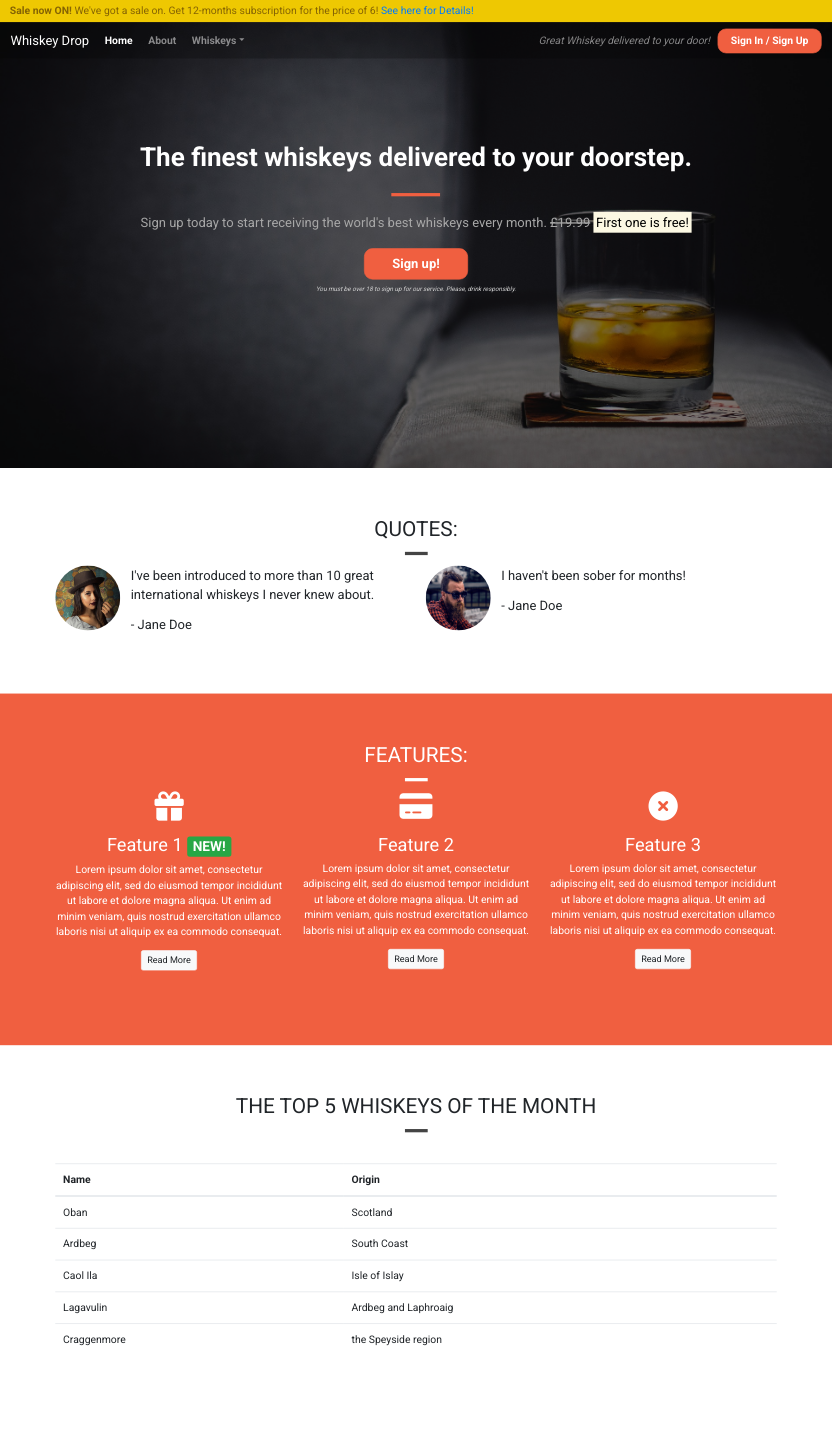
Repository: hidayatmansuri/BootStrap
Page: index.html
The author's editor kept a record of every edit. The page is drawn from the files as they stood at one moment, then again after the next edit.
The browser window is 1280 px wide. The pictures show the whole page, at 65% of full size.
Backgrounds fixed to the window are drawn as part of the page. Some web libraries are served in a nearby version.

Above is the page before.

### index.html
<!DOCTYPE html>
<html lang="en-us">

<head>
    <meta charset="utf-8">
    <meta name="viewport" content="width=device-width, initial-scale=1.0">
    <meta http-equiv="X-UA-Compatible" content="ie=edge">
    <title>Whiskey Drop | Taste a new whiskey every month</title>
    <link rel="stylesheet" href="https://maxcdn.bootstrapcdn.com/bootstrap/4.1.3/css/bootstrap.min.css">
    <script src="https://kit.fontawesome.com/011e87d520.js"></script>
    <link href="https://fonts.googleapis.com/css?family=Roboto:400,700&display=swap" rel="stylesheet">
    <link rel="stylesheet" href="css/style.css" type="text/css" />
</head>

<body>
    <div class="container-fluid navalert-container">
        <div class="container-fluid alert-container">
            <div class="row d-none d-sm-block">
                <div class="col-12">
                    <div class="site-wide-alert aler alert-warning">
                        <strong>Sale now ON!</strong> We've got a sale on. Get 12-months subscription for the price of 6! <a href="">See here for Details!</a>
                    </div>
                </div>
            </div>
        </div>
        <nav class="navbar navbar-dark navbar-expand-sm">
            <a href="/" class="navbar-brand"> Whiskey Drop</a>
            <button class="navbar-toggler ml-auto" type="button" data-toggle="collapse" data-target="#navbarNavDropdown" aria-controls="navbarNavDropdown" aria-expanded="false" aria-label="Toggle navigation">
        <span class="navbar-toggler-icon"></span></button>
            <div class="collapse navbar-collapse" id="navbarNavDropdown">
                <ul class="navbar-nav mr-auto">
                    <li class="active nav-item mr-2"><a class="nav-link" href="/">Home</a></li>
                    <li class="nav-item mr-2"><a class="nav-link" href="/ about">About</a></li>
                    <li class="nav-item dropdown">
                        <a class="nav-link dropdown-toggle" href="#" id="navbarDropdownMenuLink" role="button" data-toggle="dropdown" aria-haspopup="true" aria-expanded="false">Whiskeys</a>
                        <div class="dropdown-menu" aria-labelledby="navbarDropdownMenuLink">
                            <a class="dropdown-item" href="#">Irish</a>
                            <a class="dropdown-item" href="#">Scotch</a>
                            <a class="dropdown-item" href="#">Japanese</a>
                            <a class="dropdown-item" href="#">American</a>
                        </div>
                    </li>
                    <li class="nav-item mr-2 d-block d-sm-none">
                        <a class="nav-link " href="/ login">Sign In / Sign Up</a></li>
                </ul>
            </div>
            <div class="d-none d-md-block">
                <p class="navbar-text my-auto mr-2"><i>Great Whiskey delivered to your door!</i></p>
                <a href="/login" class="btn btn--cta btn--red"> Sign In / Sign Up</a>
            </div>
        </nav>
    </div>

    <!-- Callout -->
    <div class="container-fluid callout-container">
        <div class="opaque-overlay">&nbsp</div>
        <div class="row ">
            <div class="col-12">
                <section class="callout jumbotron text-center">
                    <h1 class="jumbotron-header">The finest whiskeys delivered to your doorstep.</h1>
                    <hr class="block-divider block-divider--orange">
                    <p class="lead">Sign up today to start receiving the world's best whiskeys every month.
                        <s class="d-none d-sm-inline">£19.99</s>
                        <span class="d-inline d-sm-none"><br></span>
                        <strong><mark>First one is free!</mark></strong></p>
                    <button class="btn btn-lg btn--cta btn--red" data-toggle="modal" data-target="#signUpModal">Sign up!</button>
                    <p class="text-muted"><small>You must be over 18 to sign up for our service. Please, drink responsibly.</small></p>
                </section>
            </div>
        </div>
    </div>
    <!-- /.callout -->


    <!-- Quotes -->
    <div class="container-wrapper">
        <div class="container quotes-container content-container">
            <section class="quotes">
                <div class="row">
                    <div class="col-12 page-header">
                        <h2 class="text-uppercase">Quotes:</h2>
                        <hr class="block-divider block-divider--short">
                    </div>
                </div>
                <div class="row">
                    <div class="col-12 col-md-6">
                        <div class="media">
                            <div class="d-none d-sm-block">
                                <img src="images/girl-image.png" class="rounded-circle mr-3" height=100 width=100>
                            </div>
                            <div class="media-body">
                                <blockquote class="blockquote">
                                    <p>I've been introduced to more than 10 great international whiskeys I never knew about.</p>
                                    <p>- Jane Doe</p>
                                </blockquote>
                            </div>
                        </div>
                    </div>
                    <div class="col-12 col-md-6">
                        <div class="media">
                            <div class="d-none d-sm-block">
                                <img src="images/guy-image.png" class="rounded-circle mr-3" height=100 width=100>
                            </div>
                            <div class="media-body">
                                <blockquote class="blockquote">
                                    <p>I haven't been sober for months!</p>
                                    <p>- Jane Doe</p>
                                </blockquote>
                            </div>
                        </div>
                    </div>
                </div>
            </section>
            <!-- /.quotes -->
        </div>
    </div>
    <!-- Features -->
    <div class="containr-wrapper container-wrapper--red">
        <div class="container feature-container content-container">
            <section class="features">
                <div class="row">
                    <div class="col-12 page-header">
                        <h2 class="text-uppercase">Features:</h2>
                        <hr class="block-divider block-divider--short block-divider--white">
                    </div>
                </div>
                <div class="row">
                    <div class="col-12 col-md-6 col-lg-4">
                        <div class="feature">
                            <h3><i class="fas fa-gift d-none d-sm-block"></i> Feature 1 <span class="badge badge-success">NEW!</span></h3>
                            <p>Lorem ipsum dolor sit amet, consectetur adipiscing elit, sed do eiusmod tempor incididunt ut labore et dolore magna aliqua. Ut enim ad minim veniam, quis nostrud exercitation ullamco laboris nisi ut aliquip ex ea commodo consequat.</p>
                            <p><a class="btn btn-sm btn-light" href="">Read More</a></p>
                        </div>
                    </div>
                    <div class="col-12 col-md-6 col-lg-4">
                        <div class="feature">
                            <h3><i class="fas fa-credit-card d-none d-sm-block"></i> Feature 2</h3>
                            <p>Lorem ipsum dolor sit amet, consectetur adipiscing elit, sed do eiusmod tempor incididunt ut labore et dolore magna aliqua. Ut enim ad minim veniam, quis nostrud exercitation ullamco laboris nisi ut aliquip ex ea commodo consequat.</p>
                            <p><a class="btn btn-sm btn-light" href="">Read More</a></p>
                        </div>
                    </div>
                    <div class="col-12 d-md-none d-lg-block col-lg-4">
                        <div class="feature">
                            <h3><i class="fas fa-times-circle d-none d-sm-block"></i> Feature 3</h3>
                            <p>Lorem ipsum dolor sit amet, consectetur adipiscing elit, sed do eiusmod tempor incididunt ut labore et dolore magna aliqua. Ut enim ad minim veniam, quis nostrud exercitation ullamco laboris nisi ut aliquip ex ea commodo consequat.</p>
                            <p><a class="btn btn-sm btn-light" href="">Read More</a></p>
                        </div>
                    </div>
                </div>
            </section>
            <!-- /.features -->
        </div>
    </div>
    <section>
        <div class="container feature-container content-container">
            <div class="col-12 page-header">
                <h2 class="text-uppercase">The top 5 whiskeys of the month</h2>
                <hr class="block-divider block-divider--short">
            </div>
            <table class="my-5 table">
                <thead>
                    <tr>
                        <th scope="col">Name</th>
                        <th scope="col">Origin</th>
                    </tr>
                </thead>
                <tbody>
                    <tr>
                        <td>Oban</td>
                        <td>Scotland</td>
                    </tr>
                    <tr>
                        <td>Ardbeg</td>
                        <td>South Coast</td>
                    </tr>
                    <tr>
                        <td>Caol Ila</td>
                        <td>Isle of Islay</td>
                    </tr>
                    <tr>
                        <td>Lagavulin</td>
                        <td>Ardbeg and Laphroaig</td>
                    </tr>
                    <tr>
                        <td>Craggenmore</td>
                        <td>the Speyside region</td>
                    </tr>
                </tbody>
            </table>
        </div>
    </section>

    <div class="modal" tabindex="-1" role="dialog" id="signUpModal">
        <div class="modal-dialog" role="document">
            <div class="modal-content">
                <div class="modal-header">
                    <h5 class="modal-title">Sign Up to Whiskey Drop!</h5>
                    <button type="button" class="close" data-dismiss="modal" aria-label="Close">
          <span aria-hidden="true">&times;</span>
        </button>
                </div>
                <div class="modal-body">
                    <form>
                        <div class="form-group">
                            <label for="exampleInputEmail1">Email address</label>
                            <input type="email" class="form-control" id="exampleInputEmail1" aria-describedby="emailHelp" placeholder="Enter email">
                            <small id="emailHelp" class="form-text text-muted">We'll never share your email with anyone else.</small>
                        </div>
                        <div class="form-group">
                            <label for="Password">Password</label>
                            <input type="password" class="form-control" id="Password" placeholder="Password">
                        </div>
                        <div class="form-group">
                            <label for="repeatPassword">Repeat Password</label>
                            <input type="password" class="form-control" id="repeatPassword" placeholder="Repeat Password">
                        </div>
                        <button type="submit" class="btn btn-success">Submit</button>
                    </form>
                </div>
            </div>
        </div>
    </div>
    <script src="https://code.jquery.com/jquery-3.3.1.slim.min.js" integrity="sha384-q8i/X+965DzO0rT7abK41JStQIAqVgRVzpbzo5smXKp4YfRvH+8abtTE1Pi6jizo" crossorigin="anonymous"></script>
    <script src="https://cdnjs.cloudflare.com/ajax/libs/popper.js/1.14.7/umd/popper.min.js" integrity="sha384-UO2eT0CpHqdSJQ6hJty5KVphtPhzWj9WO1clHTMGa3JDZwrnQq4sF86dIHNDz0W1" crossorigin="anonymous"></script>
    <script src="https://stackpath.bootstrapcdn.com/bootstrap/4.3.1/js/bootstrap.min.js" integrity="sha384-JjSmVgyd0p3pXB1rRibZUAYoIIy6OrQ6VrjIEaFf/nJGzIxFDsf4x0xIM+B07jRM" crossorigin="anonymous"></script>
</body>

</html>

### css/style.css
body {
    font-family: 'Roboto', sans-serif;
}

.container-wrapper{

}

.container-wrapper--red {
    background-color: #f05f40;
    color:white;
}

.alert-container .col-12 {
    padding-left: 0;
    padding-right: 0;
}

.site-wide-alert {
    border-radius: 0;
    margin-bottom: 0;
    padding: 5px 15px;
    background-color: #eec802;
    border-color: #eec802;
}

.callout-container {
    height: 100vh;

    background: url(../images/whiskey-background.jpg) no-repeat bottom right fixed;
    -webkit-background-size: cover;
    -moz-background-size: cover;
    -o-background-size: cover;
    background-size: cover;

    display:flex;
    align-items: center;
    justify-content: center;

    position: relative;

}

.opaque-overlay {
    position: absolute;
    top: 0;
    left: 0;
    height: 100%;
    width: 100%;
    background-color: rgba(0,0,0,0.5);
}

.quotes-container {}

.feature-container {}

/* Page Header */

.page-header {
    margin-bottom: 0;
    border-bottom: 0;
    test-align: center;
}

.page-header h2 {
   margin-top: 0;
   text-align: center;
}

/*Block dividers */

.block-divider {
    width: 75px;
    height: 5px;
    border: 0;
    background-color: #444;

}

.block-divider--orange {
    background-color: #f05f40;
}

.block-divider--white {
    background-color: white;
}

.block-divider--short {
     width: 35px;
}

/* Content Containers */

.content-container {
    padding-top: 75px;
    padding-bottom: 75px;
    /*text-align: center;*/
}

/* Navbar */

.navalert-container {
    position: absolute;
    top:0;
    left:0;
    padding-left: 0;
    padding-right: 0;
    z-index: 1;
}

.navbar {
    margin-bottom: 0;
    border: 0;
    width: 100%;
    background-color: rgba(0,0,0,0.25);
}

.navbar .navbar-nav a {
    font-weight: bold;
}

.navbar .navbar-toggler {
    font-weight: bold;
}

.navbar-brand {
    background-color: transparent;
}

/*jumbotron*/

.jumbotron {
    background-color: transparent;
}

.jumbotron-header {
    color: white;
    font-weight: bold;
    margin-bottom: 30px;
}

.jumbotron .lead {
    margin: 25px 0;
    color: #a7a7a7;
}

.jumbotron small {
    font-size: 60%;
    font-style: italic;
    color: #d0d0d0;
}

/* Buttons */

.btn--cta {
    font-weight: bold;
    border-radius: 13px;
    width: 160px;
}

.btn--red {
    color: white;
    background-color: #f05f40;
    border-color: #f05f40;
}

.btn--red:hover,
.btn--red:active,
.btn--red:focus,
.btn--red:active:focus {
    background-color: #df4929;
    border-color: #df4929;
}

.feature {
    text-align: center;
    margin-bottom: 40px;
}

.feature i {
    margin-bottom: 20px;
    font-size: 45px;
    line-height: 45px;
}

After the next edit:
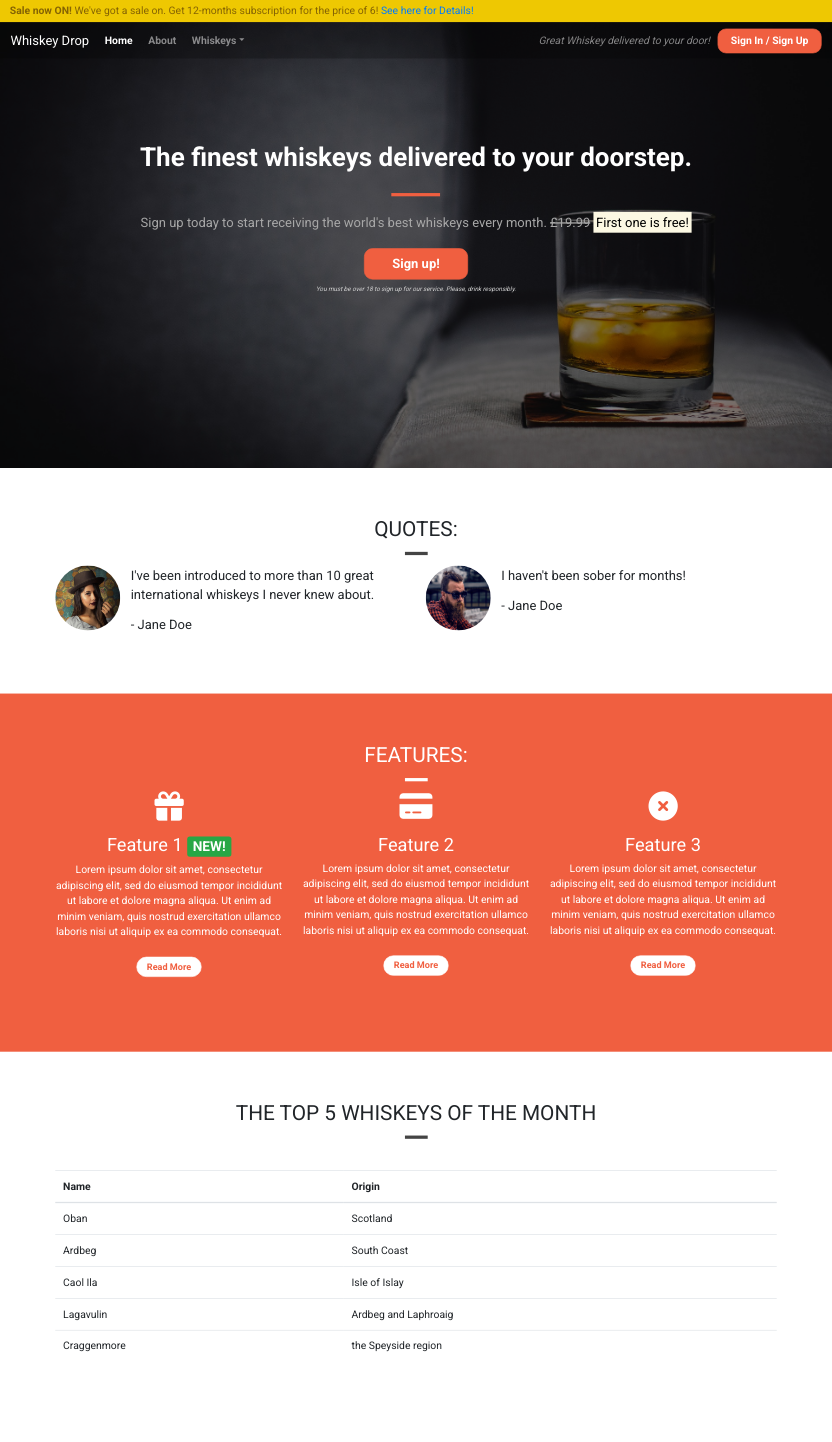
The edit:
--- a/css/style.css
+++ b/css/style.css
@@ -182,3 +182,13 @@
     font-size: 45px;
     line-height: 45px;
 }
+
+.feature .btn {
+    background-color: white;
+    border-color: white;
+    border-radius: 15px;
+    min-width: 100px;
+    font-weight: bold;
+    margin-top: 10px;
+    color: #f05f40;
+}
